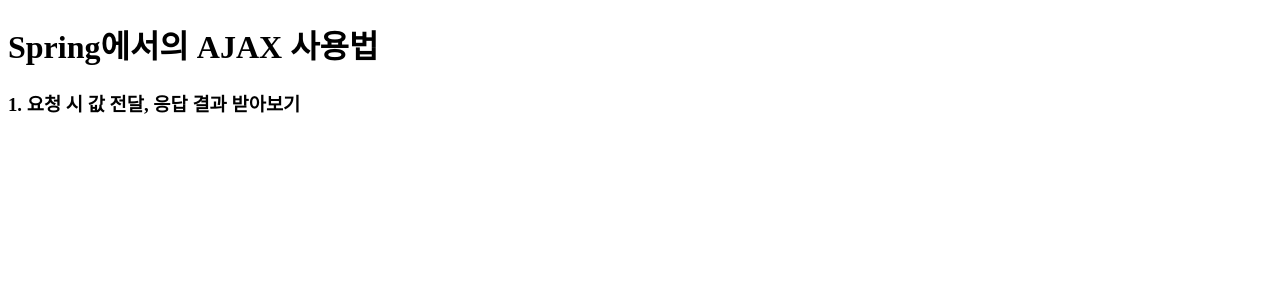
Repository: 1400CP/08_spring-workspace
Page: http://localhost/ajaxProject/
These files come from the project's save history. The page is drawn as it stood at one moment and after the next save; the edit follows.
The browser window is 1280 px wide. The pictures show the whole page.
The page is served by Tomcat 9. Other server files are loaded and not shown.

Above is the page before, as saved 2025-04-18 00:16:10.

### ajaxProject/src/main/webapp/index.jsp
<%@ page language="java" contentType="text/html; charset=UTF-8"
    pageEncoding="UTF-8"%>
<%@ taglib prefix="c" uri="http://java.sun.com/jsp/jstl/core" %>
<!DOCTYPE html>
<html>
<head>
<meta charset="UTF-8">
<title>Insert title here</title>
</head>
<body>
	<h1>Spring에서의 AJAX 사용법</h1>

	<h3>1. 요청 시 값 전달, 응답 결과 받아보기</h3>

</body>
</html>

After the next save:
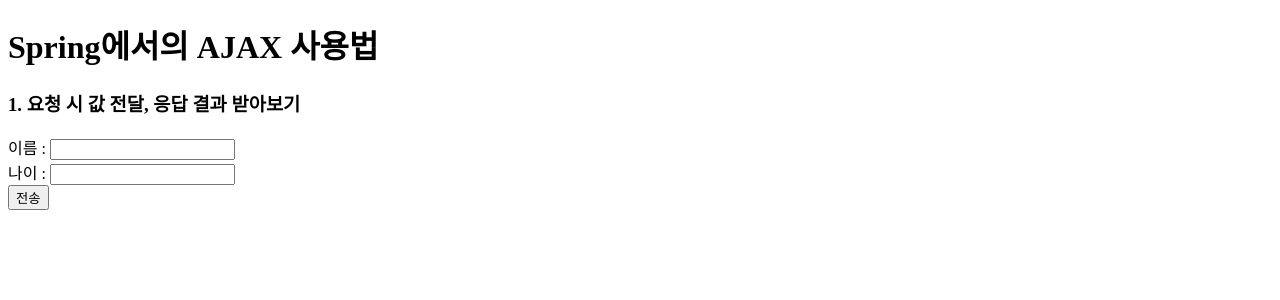
Saved 74 s later.
--- a/ajaxProject/src/main/webapp/index.jsp
+++ b/ajaxProject/src/main/webapp/index.jsp
@@ -11,6 +11,8 @@
 	<h1>Spring에서의 AJAX 사용법</h1>
 
 	<h3>1. 요청 시 값 전달, 응답 결과 받아보기</h3>
-
+	이름 : <input type="text" id="name"> <br>
+	나이 : <input type="number" id="age"> <br>
+	<button>전송</button>
 </body>
 </html>
